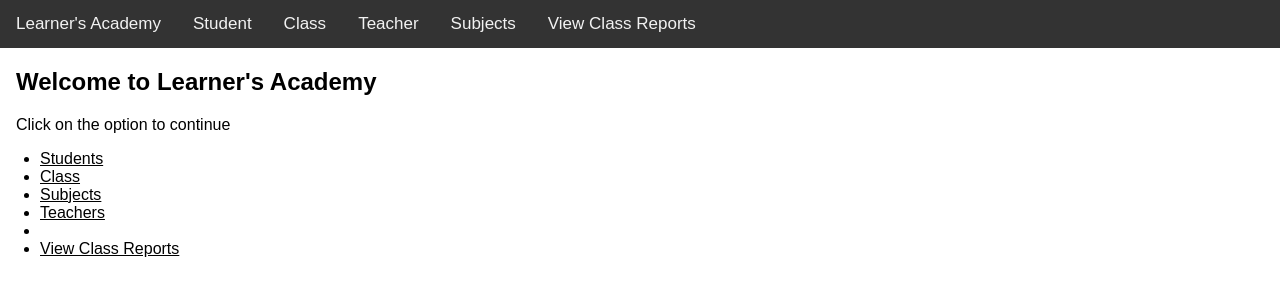
Repository: chirag627/Phase-2-Project
Page: http://localhost/Academy/web/home.jsp
The author's editor kept a copy of each file at every save. The page is drawn from the files as they stood at one save, then again after the next save.
The browser window is 1280 px wide. The pictures show the whole page.
The page is served by Tomcat 9. Other server files are loaded and not shown.

Above is the page before, as saved 2022-08-15 12:11:46.

### Academy/src/main/webapp/web/home.jsp
<%@ taglib prefix="c" uri="http://java.sun.com/jsp/jstl/core"%>
<!DOCTYPE html>
<html>
<head>
<meta charset="ISO-8859-1">
<title>Home - Learners Academy</title>
</head>
<style>
td, th {
	padding-left: 25px;
	padding-right: 25px;
	padding-top: 8px;
	padding-bottom: 8px;
	border: 1px solid black;
}

table {
	border: 1px solid black;
}

body {
	margin: 0;
	font-family: Arial, Helvetica, sans-serif;
}

.topnav {
	overflow: hidden;
	background-color: #333;
}

.topnav a {
	float: left;
	color: #f2f2f2;
	text-align: center;
	padding: 14px 16px;
	text-decoration: none;
	font-size: 17px;
}

ul li a {
	color: black;
}
</style>
<body>
	<div class="topnav">
		<a>Learner's Academy</a> <a href="./AcademyStudentServlet">Student</a>
		<a href="classAction.html">Class</a> <a href="teaAction.html">Teacher</a>
		<a href="subAction.html">Subjects</a> <a href="viewClassReports.html">View
			Class Reports</a>
	</div>

	<div style="padding-left: 16px">
		<h2>Welcome to Learner's Academy</h2>
		<p>Click on the option to continue</p>
	</div>

	<ul>
		<li><a href="../AcademyStudentServlet?action=doRead">Students</a></li>
		<li><a href="../AcademyClassServlet?action=doRead">Class</a></li>
		<li><a href="../AcademySubjectServlet?action=doRead">Subjects</a></li>
		<li><a href="../AcademyTeacherServlet?action=doRead">Teachers</a></li>
		<li><a href="../AcademyAssignClass?action=doRead"></a>
		<li><a href="./viewClassReports.html">View Class Reports</a></li>

	</ul>
</body>
</html>

After the next save:
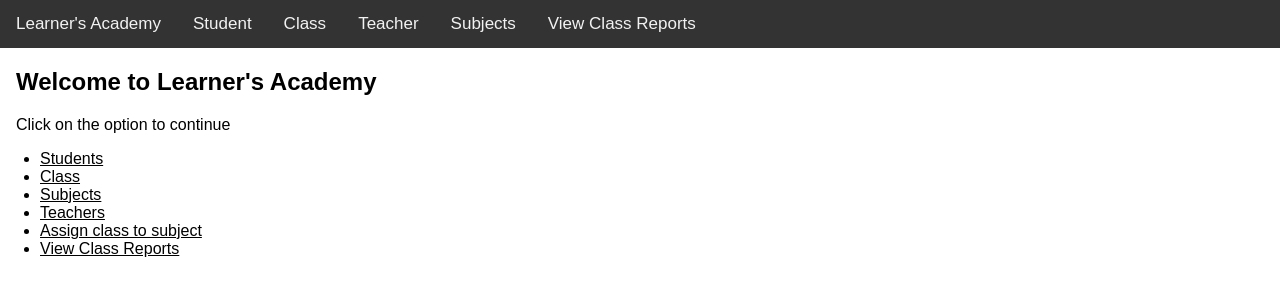
Saved 7 s later.
--- a/Academy/src/main/webapp/web/home.jsp
+++ b/Academy/src/main/webapp/web/home.jsp
@@ -59,7 +59,7 @@ ul li a {
 		<li><a href="../AcademyClassServlet?action=doRead">Class</a></li>
 		<li><a href="../AcademySubjectServlet?action=doRead">Subjects</a></li>
 		<li><a href="../AcademyTeacherServlet?action=doRead">Teachers</a></li>
-		<li><a href="../AcademyAssignClass?action=doRead"></a>
+		<li><a href="../AcademyAssignClass?action=doRead">Assign class to subject</a>
 		<li><a href="./viewClassReports.html">View Class Reports</a></li>
 
 	</ul>
